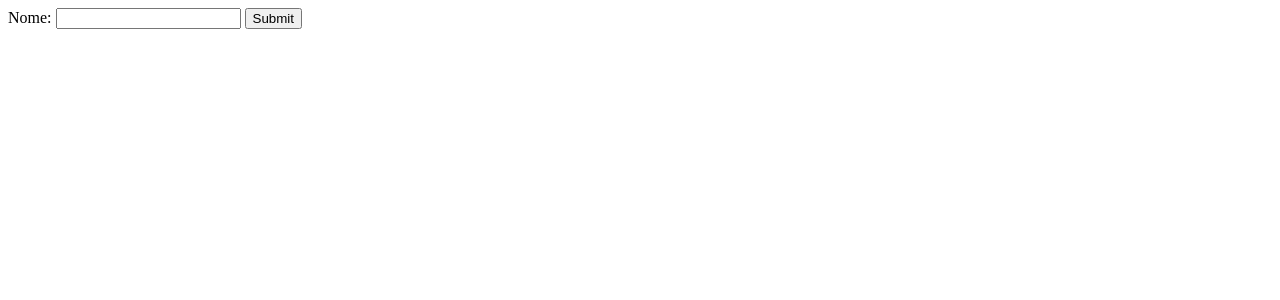
Repository: RafaelSK7/java_servlet_alura
Page: http://localhost/gerenciador/formNovaEmpresa.jsp
The author's editor kept a copy of each file at every save. The page is drawn from the files as they stood at one save, then again after the next save.
The browser window is 1280 px wide. The pictures show the whole page.
The page is served by Tomcat 9. Other server files are loaded and not shown.

Above is the page before, as saved 2022-04-08 14:15:31.

### gerenciador/WebContent/formNovaEmpresa.jsp
<%@ taglib uri="http://java.sun.com/jsp/jstl/core" prefix="c"	%>
<!DOCTYPE html>
<html>
<head>
<meta charset="ISO-8859-1">
<title>Insert title here</title>
</head>
<body>

	<form action="/gerenciador/novaEmpresa" method="post">

	Nome: <input type="text" name="nome" />

	<input type="submit" />
	</form>

</body>
</html>

After the next save:
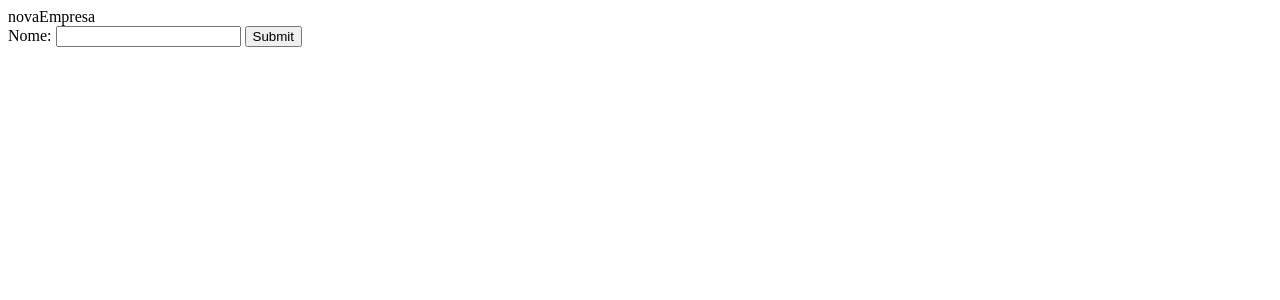
Saved 3 min 5 s later.
--- a/gerenciador/WebContent/formNovaEmpresa.jsp
+++ b/gerenciador/WebContent/formNovaEmpresa.jsp
@@ -7,6 +7,8 @@
 </head>
 <body>
 
+
+	<c:url value="novaEmpresa" />
 	<form action="/gerenciador/novaEmpresa" method="post">
 
 	Nome: <input type="text" name="nome" />

After the save that followed:
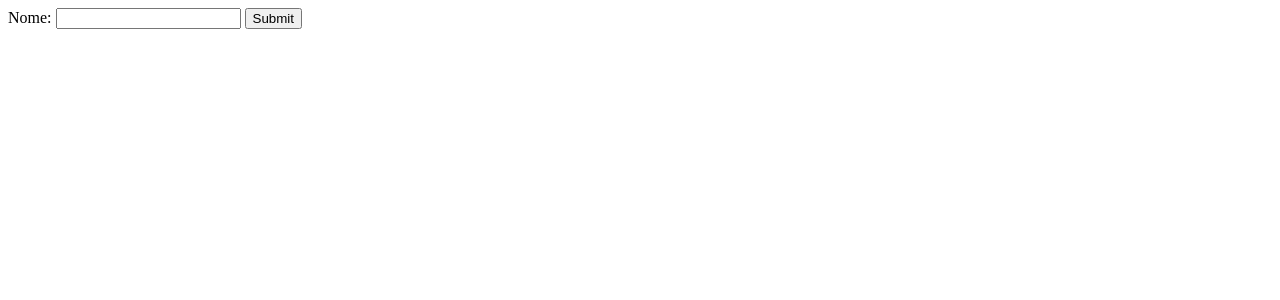
Saved 6 min 0 s later.
--- a/gerenciador/WebContent/formNovaEmpresa.jsp
+++ b/gerenciador/WebContent/formNovaEmpresa.jsp
@@ -1,4 +1,5 @@
 <%@ taglib uri="http://java.sun.com/jsp/jstl/core" prefix="c"	%>
+	<c:url value="novaEmpresa" var="linkServletNovaEmpresa"/>
 <!DOCTYPE html>
 <html>
 <head>
@@ -8,8 +9,8 @@
 <body>
 
 
-	<c:url value="novaEmpresa" />
-	<form action="/gerenciador/novaEmpresa" method="post">
+
+	<form action="${linkServletNovaEmpresa}" method="post">
 
 	Nome: <input type="text" name="nome" />
 
